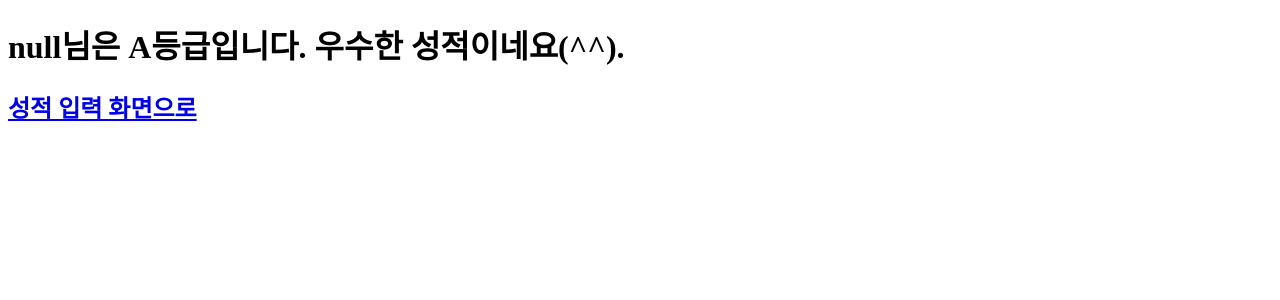
Repository: kdg0109/multicampus_course
Page: http://localhost/mvc/jspexam/gradeA.jsp
An editor plug-in stored every save of this project. The page is shown before and after the next save, followed by the edit.
The browser window is 1280 px wide. The pictures show the whole page.
The page is served by Tomcat 9.

Above is the page before, as saved 2018-02-09 01:34:39.

After the next save:
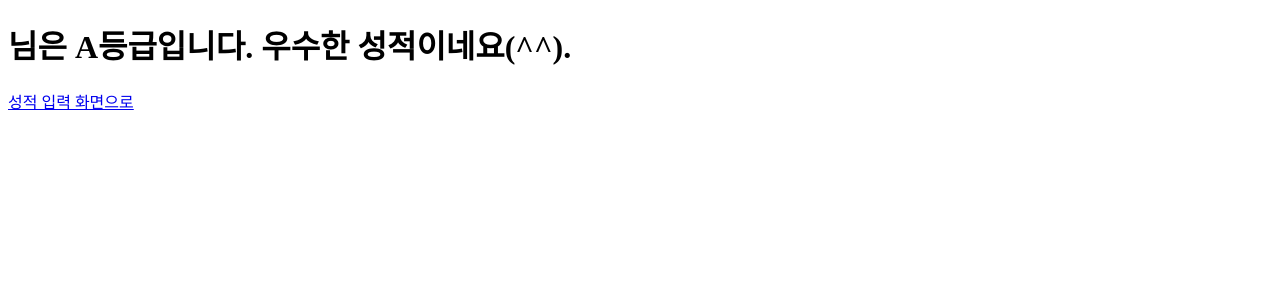
Saved 2 min 1 s later.
--- a/web course/workspace_web/mvc/WebContent/jspexam/gradeA.jsp
+++ b/web course/workspace_web/mvc/WebContent/jspexam/gradeA.jsp
@@ -7,7 +7,7 @@
 <title>성적 결과</title>
 </head>
 <body>
-<h1><%= request.getParameter("name")%>님은 A등급입니다. 우수한 성적이네요(^^).<br><h2>
+<h1>${ param.name }님은 A등급입니다. 우수한 성적이네요(^^).<br></h1>
 <a	href="/mvc/htmlexam/eduForm.html">성적 입력 화면으로</a>
 </body>
 </html>
